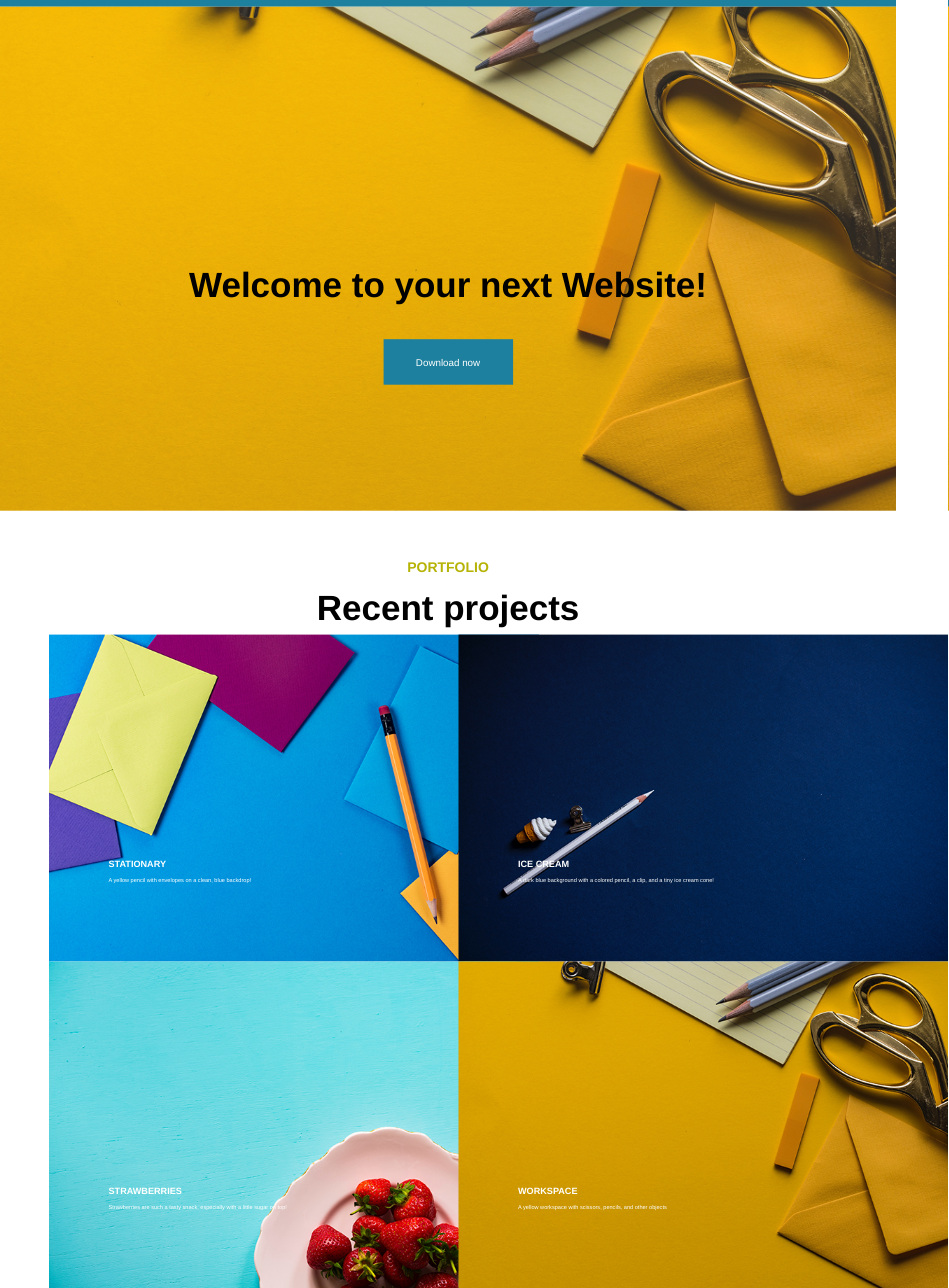
Repository: codin-full-stack/tomasz
Page: http://localhost/tomasz/portfolio/index.php
The author's editor kept a copy of each file at every save. The page is drawn from the files as they stood at one save, then again after the next save.
The browser window is 1280 px wide. The page is 1355 px wide, so the pictures cover 1355 px, including what lies to the right of the window. The pictures show the part of the page from y = 1702 to 3542 px (the page is 3542 px tall), at 70% of full size.
Some web libraries are served in a nearby version. The page is run by PHP 8.4 with error messages shown; the project is at /var/www/html/.

Above is the page before, as saved 2018-10-23 09:18:37.

After the next save:
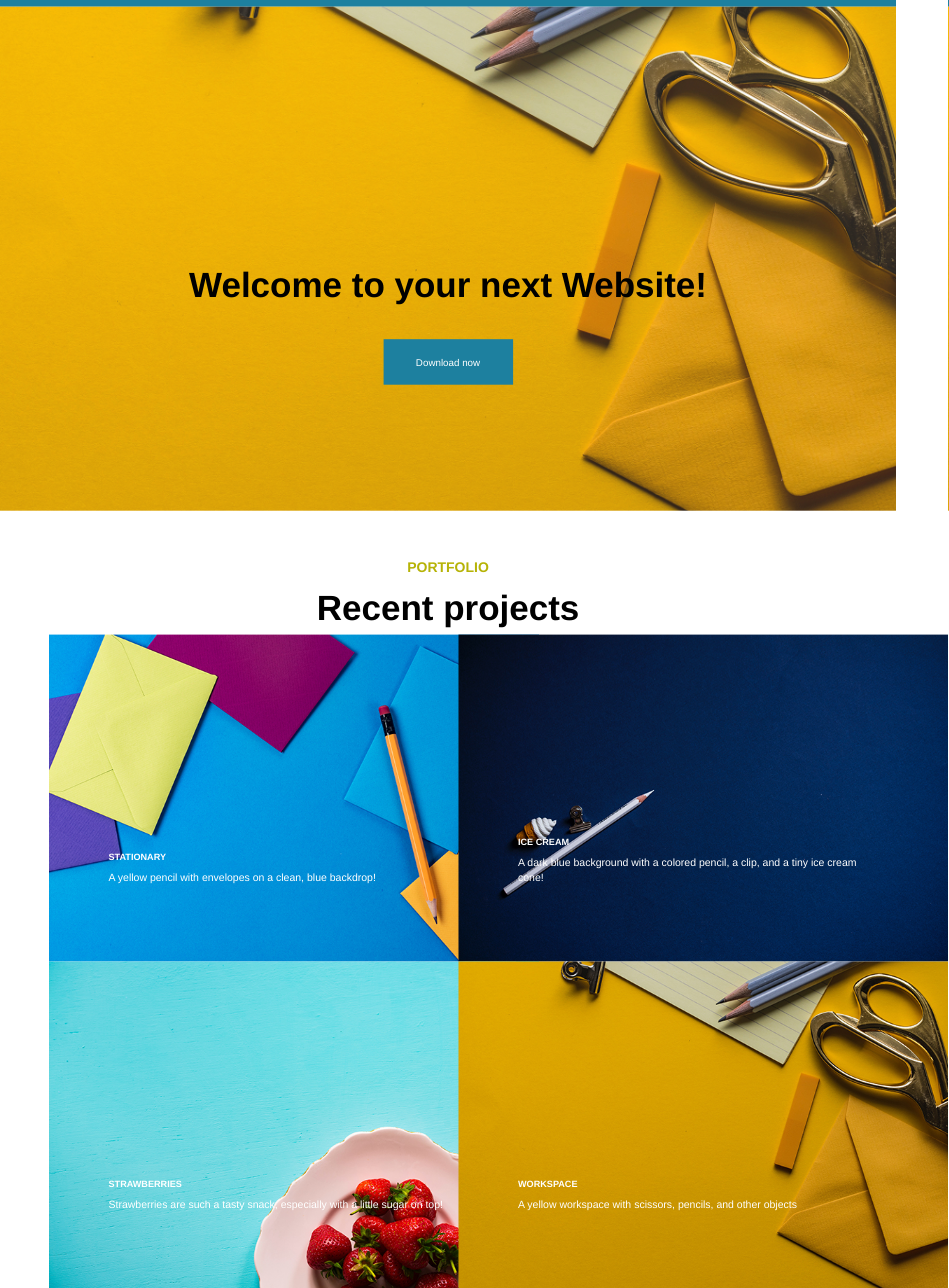
Saved 27 s later.
--- a/portfolio/styles.css
+++ b/portfolio/styles.css
@@ -134,7 +134,7 @@ body {
 .photobox p {
     color: #ffffff;
     text-align: left;
-    font-size: 8px;
+    font-size: 15px;
 }
 .container-fluid {
 
